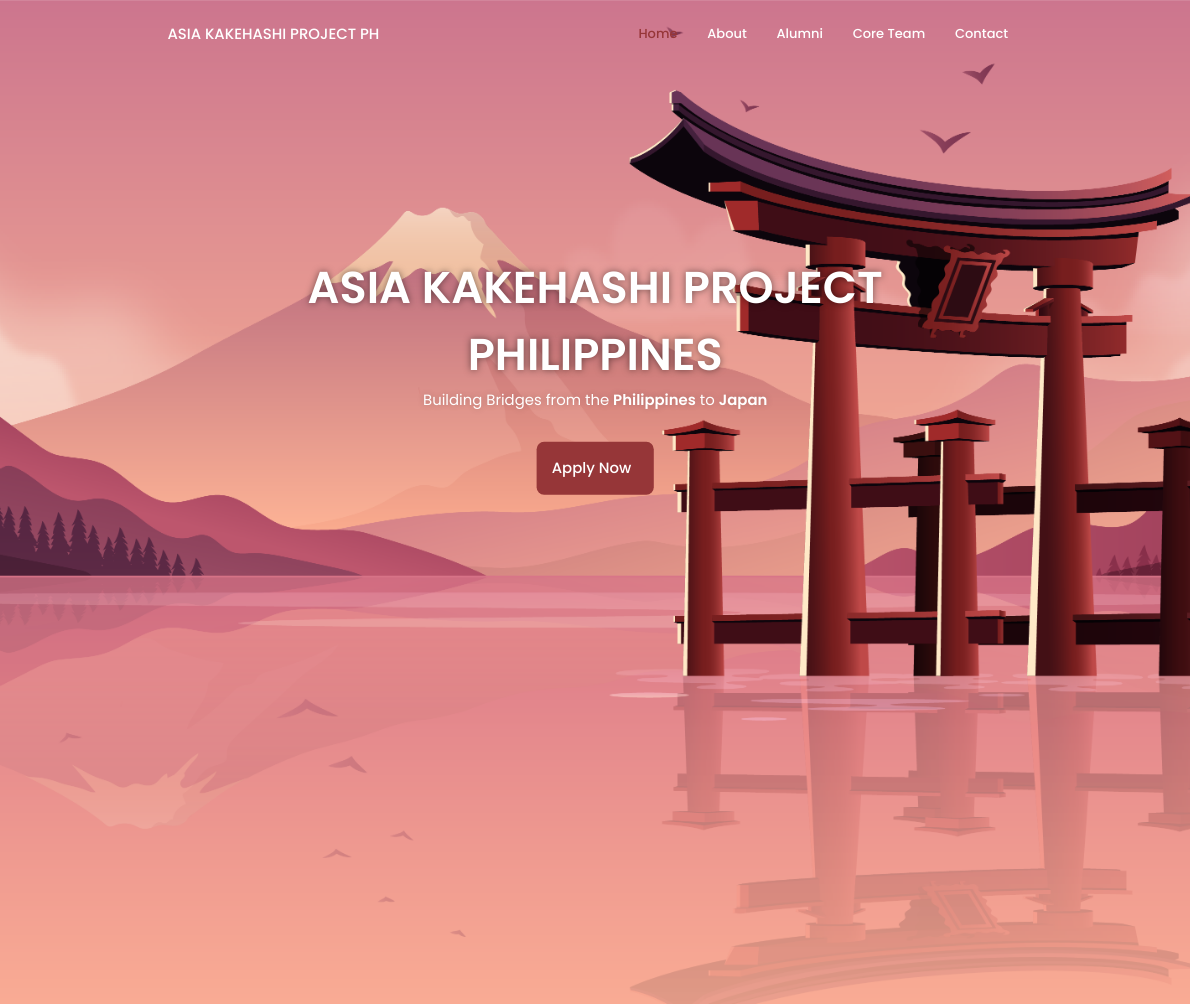
Repository: Aishie123/AKP-PH
Page: index.html
These files come from the project's save history. The page is drawn as it stood at one moment and after the next save; the edit follows.
The browser window is 1280 px wide. The pictures show the whole page, at 93% of full size.
Some icons come from a web library that is not loaded, so they are not drawn.

Above is the page before, as saved 2024-02-23 14:33:47.
Console error: TypeError: Cannot read properties of null (reading 'classList')

### index.html
<!DOCTYPE html>
    <html lang="en">
    <head>
        <meta charset="UTF-8">
        <meta name="viewport" content="width=device-width, initial-scale=1.0">

        <!--==================== UNICONS ====================-->
        <link rel="stylesheet" href="https://unicons.iconscout.com/release/v4.0.8/css/line.css">


        <!--==================== CSS ====================-->
        <link rel="stylesheet" href="assets/css/styles.css">

        <title>Asia Kakehashi Project Philippines</title>
    </head>
    <body>
        <!--==================== HEADER ====================-->
        <header class="header" id="header">
            <nav class="nav container">
                <a href="#" class="nav__logo">ASIA KAKEHASHI PROJECT PH</a>

                <div class="nav__menu nav__color" id="nav-menu">
                    <ul class="nav__list grid">
                        <li class="nav__item">
                            <a href="#home" class="nav__link active-link">
                                <i class="uil uil-estate nav__icon"></i>Home
                            </a>
                        </li>
                        <li class="nav__item">
                            <a href="" class="nav__link">
                                <i class="uil uil-user nav__icon"></i>About
                            </a>
                        </li>
                        <li class="nav__item">
                            <a href="" class="nav__link">
                                <i class="uil uil-file-alt nav__icon"></i>Alumni
                            </a>
                        </li>
                        <li class="nav__item">
                            <a href="" class="nav__link">
                                <i class="uil uil-briefcase-alt nav__icon"></i>Core Team
                            </a>
                        </li>
                        <li class="nav__item">
                            <a href="#apply" class="nav__link">
                                <i class="uil uil-message nav__icon"></i>Contact
                            </a>
                        </li>
                    </ul>
                    <i class="uil uil-times nav__close" id="nav-close"></i>
                </div>

                <div class="nav__btns">
                    <!-- Theme change button -->
                    <i class="uil uil-moon change-theme" id="theme-button"></i>

                    <div class="nav__toggle" id="nav-toggle">
                        <i class="uil uil-apps"></i>
                    </div>
                </div>

            </nav>
        </header>

        <!--==================== MAIN ====================-->
        <main class="main">
            <!--==================== HOME ====================-->
            <section class="home section" id="home">
                <div class="home__container container grid">
                    <div class="home__content grid">
                        <div class="home__data">
                            <h1 class="home__title">ASIA KAKEHASHI PROJECT<br>PHILIPPINES</h1>
                            <p class="home__description">Building Bridges from the <b>Philippines</b> to <b>Japan</b></p>
                            <a href="#apply" class="button button--flex">
                                Apply Now <i class="uil uil-message button__icon"></i>
                            </a>
                        </div>
                        <div class="home__parallax">
                            <img src="assets/img/bg/600ppi/Front_Mountains.png" id="front-mountains">
                        </div>
                    </div>

                    <div class="home__scroll">
                        <a href="#about" class="home__scroll-button button--flex">
                            <i class="uil uil-mouse-alt home__scroll-mouse"></i>
                            <span class="home__scroll-name">Scroll down</span>
                            <i class="uil uil-arrow-down home__scroll-arrow"></i>
                        </a>
                    </div>
                </div>
            </section>

            <section class="about section" id="home">
                <div class="about__container container grid">
                    <div class="about__content grid">

                    </div>
                </div>
            </section>





        <!--==================== SCROLL TOP ====================-->
        <a href="" class="scrollup" id="scroll-up">
            <i class="uil uil-arrow-up scrollup__icon"></i>
        </a>

        <!--==================== MAIN JS ====================-->
        <script src="assets/js/main.js"></script>
    </body>
</html>

### assets/css/styles.css
/*==================== GOOGLE FONTS ====================*/
@import url('https://fonts.googleapis.com/css2?family=Poppins:wght@400;500;600&display=swap');

/*==================== VARIABLES CSS ====================*/
:root {
    --header-height: 3rem;

    /*========== Colors ==========*/
    /* Change favorite color */
    --hue-color: 359;

    /* HSL color mode */
    --first-color: hsl(var(--hue-color), 47%, 40%);
    --first-color-second: hsl(var(--hue-color), 47%, 40%);
    --first-color-alt: hsl(var(--hue-color), 35%, 32%);
    --first-color-lighter: hsl(var(--hue-color), 70%, 64%);
    --title-color: var(--container-color);
    --text-color: #fff;
    --text-color-light: hsl(var(--hue-color), 8%, 65%);
    --input-color: hsl(var(--hue-color), 70%, 96%);
    --body-color: hsl(var(--hue-color), 60%, 99%);
    --container-color: #fff;
    --scroll-bar-color: hsl(var(--hue-color), 12%, 90%);
    --scroll-thumb-color: hsl(var(--hue-color), 12%, 80%);

    /*========== Font and typography ==========*/
    --body-font: 'Poppins', sans-serif;

    /* .5rem = 8px, 1rem = 16px, 1.5rem = 24px ... */
    --big-font-size: 2rem;
    --h1-font-size: 1.5rem;
    --h2-font-size: 1.25rem;
    --h3-font-size: 1.125rem;
    --normal-font-size: .938rem;
    --small-font-size: .813rem;
    --smaller-font-size: .75rem;

    /*========== Font weight ==========*/
    --font-medium: 500;
    --font-semi-bold: 600;

    /*========== Margins Bottom ==========*/
    /* .25rem = 4px, .5rem = 8px, .75rem = 12px ... */
    --mb-0-25: .25rem;
    --mb-0-5: .5rem;
    --mb-0-75: .75rem;
    --mb-1: 1rem;
    --mb-1-5: 1.5rem;
    --mb-2: 2rem;
    --mb-2-5: 2.5rem;
    --mb-3: 3rem;

    /*========== z index ==========*/
    --z-tooltip: 10;
    --z-fixed: 100;
    --z-modal: 1000;
}

/* Font size for large devices */
@media screen and (min-width: 968px) {
    :root {
        --big-font-size: 3rem;
        --h1-font-size: 2.25rem;
        --h2-font-size: 1.5rem;
        --h3-font-size: 1.25rem;
        --normal-font-size: 1rem;
        --small-font-size: .875rem;
        --smaller-font-size: .813rem;
    }
}

/*========== Variables Dark theme ==========*/
body.dark-theme{
  --first-color-second: hsl(var(--hue-color), 30%, 8%);
  --title-color: var(--container-color);
  --text-color: hsl(var(--hue-color), 8%, 75%);
  --input-color: hsl(var(--hue-color), 29%, 16%);
  --body-color: hsl(var(--hue-color), 28%, 12%);
  --container-color: hsl(var(--hue-color), 29%, 16%);
  --scroll-bar-color: hsl(var(--hue-color), 12%, 48%);
  --scroll-thumb-color: hsl(var(--hue-color), 12%, 36%);
}

/*========== Button Dark/Light ==========*/
.nav__btns{
  display: flex;
  align-items: center;
}

.change-theme{
  font-size: 1.25rem;
  color: var(--title-color);
  margin-right: var(--mb-1);
  cursor: pointer;
}

.change-theme:hover{
  color: var(--first-color);
}

/*==================== BASE ====================*/
* {
  box-sizing: border-box;
  padding: 0;
  margin: 0;
}

html {
  scroll-behavior: smooth;
}

body {
  margin: 0 0 var(--header-height) 0;
  font-family: var(--body-font);
  font-size: var(--normal-font-size);
  background-color: var(--body-color);
  color: var(--text-color);
  padding-top: var(--header-height); /* Add this line */
}

h1, h2, h3, h4 {
  color: var(--title-color);
  font-weight: var(--font-semi-bold);
}

ul {
  list-style: none;
}

a {
  text-decoration: none;
}

img {
  /*max-width: 100%;*/
  height: auto;
}

/*==================== REUSABLE CSS CLASSES ====================*/
/*
.section {
  padding: 2rem 0 4rem;
}
*/

.section__title {
  font-size: var(--h1-font-size);
  color: var(--title-color);
}

.section__subtitle {
  display: block;
  font-size: var(--small-font-size);
  margin-bottom: var(--mb-3);
}

.section__title,
.section__subtitle {
  text-align: center;
}

/*==================== LAYOUT ====================*/
.container {
  padding-left: var(--mb-1-5);
  padding-right: var(--mb-1-5);
}

.grid {
  display: grid;
  gap: 1.5rem;
}

.header {
  width: 100%;
  position: fixed;
  bottom: 0;
  left: 0;
  z-index: var(--z-fixed);
  display: sticky;
}

/*==================== NAV ====================*/
.nav{
  max-width: 968px;
  height: var(--header-height);
  display: flex;
  justify-content: space-between;
  align-items: center;
}

.nav__logo,
.nav__toggle{
  color: var(--title-color);
  font-weight: var(--font-medium);
}

.nav__logo:hover{
  color: var(--first-color);
}

.nav__toggle{
  font-size: 1.1rem;
  cursor: pointer;
}

.nav__toggle:hover{
  color: var(--first-color);
}

@media screen and (max-width: 767px){
  .nav__menu{
    position: fixed;
    bottom: -100%;
    left: 0;
    width: 100%;
    background-color: var(--body-color);
    padding: 2rem 1.5rem 4rem;
    box-shadow: 0 -1px 4px rgba(0, 0, 0, 0.15);
    border-radius: 1.5rem 1.5rem 0 0;
    transition: .3s;
  }
  .home__container{
    margin-top: 0rem;
  }
}

.nav__list{
  grid-template-columns: repeat(3, 1fr);
  gap: 2rem;
}

.nav__link{
  display: flex;
  flex-direction: column;
  align-items: center;
  font-size: var(--small-font-size);
  color: var(--container-color);
  font-weight: var(--font-medium);
}

.nav__link:hover{
  color: var(--first-color);
}

.nav__icon{
  font-size: 1.2rem;
}

.nav__close{
  position: absolute;
  right: 1.3rem;
  bottom: .5rem;
  font-size: 1.5rem;
  cursor: pointer;
  color: var(--first-color);
}

.nav__close:hover{
  color: var(--first-color-alt);
}



/* show menu */
.show-menu{
  bottom: 0;
}

/* Active link */
.active-link{
  color: var(--first-color);
}

/* Change background header */
.scroll-header{
  box-shadow: 0 -1px 4px rgba(0, 0, 0, 0.15);
}

/*==================== HOME ====================*/
.home__container{
  gap: 1rem;
  background: url(../img/bg/600ppi/Back_Sky.png) center/cover no-repeat;
  height: 100vh;
  margin-top: -3rem;
  background-size: cover; /* This will make the background image cover the entire container */
  overflow: hidden; /* Hide any content that overflows the container */
}

.home__content {
  position: relative;
  padding-top: 3.5rem;
  align-items: center;
}

.home__parallax {
  position: absolute;
  top: 0;
  left: 0;
  width: 100%; /* Relative width */
  height: auto; /* Maintain aspect ratio */
  max-width: 100%; /* Ensure the image doesn't exceed its natural size */
  z-index: 0;
}

#front-mountains {
  position: relative; /* Change to relative positioning */
  width: 130rem;
  transform: translate(-30%, -30%); /* Adjust to center the element */
}

.home__social{
  display: grid;
  grid-template-columns: max-content;
  row-gap: 1rem;
}

.home__social-icon{
  font-size: 1.25rem;
  color: var(--first-color);
}

.home__social-icon:hover{
  color: var(--first-color-alt);
}

.home__data {
  display: flex;
  flex-direction: column;
  align-items: center;
  justify-content: center;
  z-index: var(--z-tooltip);
}

.home__title{
  font-size: var(--big-font-size);
  text-align: center;
  text-shadow: 0px 0px 8px rgba(0, 0, 0, 0.5); /* Adjust the shadow properties as needed */
}

.home__subtitle{
  font-size: var(--h3-font-size);
  color: var(--text-color);
  font-weight: var(--font-medium);
  margin-bottom: var(--mb-0-75);
}

.home__description{
  text-align: center;
  margin-bottom: var(--mb-2);
  text-shadow: 0px 0px 8px rgba(0, 0, 0, 0.2); /* Adjust the shadow properties as needed */
}

.home__scroll{
  display: none;
}

.home__scroll-button{
  color: var(--first-color);
  transition: .3s;
}

.home__scroll-button:hover{
  transform: translateY(.25rem);
}

.home__scroll-mouse{
  font-size: 2rem;
}

.home__scroll-name{
  font-size: var(--small-font-size);
  color: var(--title-color);
  font-weight: var(--font-medium);
  margin-right: var(--mb-0-25);
}

.home__scroll-arrow{
  font-size: 1.25rem;
}

  /*==================== BUTTONS ====================*/
  .button{
    display: inline-block;
    background-color: var(--first-color);
    color: #FFF;
    padding: 1rem;
    border-radius: .5rem;
    font-weight: var(--font-medium);
  }

  .button:hover{
    background-color: var(--first-color-alt);
  }

  .button__icon{
    font-size: 1.25rem;
    margin-left: var(--mb-0-5);
    transition: .3s;
  }

  .button--flex{
    display: inline-flex;
    align-items: center;
  }




/*==================== FOOTER ====================*/
.footer{
    text-align: center;
    padding-top: 2rem;
  }

  .footer__container{
    row-gap: 1rem;
  }

  .footer__bg{
    background-color: var(--first-color-second);
    padding: 2rem 0 3rem;
  }

  .footer__title{
    font-size: var(--h1-font-size);
    margin-bottom: var(--mb-0-25);
  }

  .footer__subtitle{
    font-size: var(--small-font-size);
  }

  .footer__socials{
    font-size: 1.25rem;
    /* margin-right: var(--mb-1-5); */
    display: inline-block;
  }

  .footer__social:hover{
    color: var(--first-color-lighter);
  }

  .footer__copy{
    font-size: var(--smaller-font-size);
    text-align: center;
    margin-top: var(--mb-1);
  }

  .footer__title,
  .footer__subtitle,
  .footer__social,
  .footer__copy{
    color: #FFF
  }

/*========== SCROLL UP ==========*/
.scrollup{
  position: fixed;
  right: 1rem;
  bottom: -20%;
  background-color: var(--first-color);
  opacity: .8;
  padding: 0 .3rem;
  border-radius: .4rem;
  z-index: var(--z-tooltip);
  transition: .4s;
}

.scrollup:hover{
  background-color: var(--first-color-alt);
}

.scrollup__icon{
  font-size: 1.5rem;
  color: #FFF;
}

/* Show scroll */
.show-scroll{
  bottom: 5rem;
}

/*========== SCROLL BAR ==========*/
::-webkit-scrollbar{
  width: .60rem;
  background-color: var(--scroll-bar-color);
  border-radius: .5rem;
}

::-webkit-scrollbar-thumb{
  background-color: var(--scroll-thumb-color);
  border-radius: .5rem;
}

::-webkit-scrollbar-thumb:hover{
  background-color: var(--text-color-light);
}

/*==================== MEDIA QUERIES ====================*/
/* For small devices */
@media screen and (max-width: 350px){
  .container{
    padding-left: var(--mb-1);
    padding-right: var(--mb-1);
  }

  .nav__menu{
    padding: 2rem .25rem 4rem;
  }

  .nav__list{
    column-gap: 0;
  }

  .home__container{
    row-gap: 5rem;
    height: 100vh;
  }

  #front-mountains{
    width: 130rem;
  }
}

/* For medium devices */
@media screen and (min-width: 568px){

  .home__data{
    grid-column: initial;
  }
  .home__img{
    order: 1;
    justify-self: center;
  }

  .home__container{
    row-gap: 5rem;
    height: 100vh;
  }

  #front-mountains{
    width: 130rem;
  }
}

@media screen and (min-width: 768px){
  .container{
    margin-left: auto;
    margin-right: auto;
  }

  body{
    margin: 0;
  }

  .section__subtitle{
    margin-bottom: 4rem;
  }

  .header{
    top: 0;
    bottom: initial;
  }

  .nav{
    height: calc(var(--header-height) + 1.5rem);
    column-gap: 1rem;
  }

  .nav__icon,
  .nav__close,
  .nav__toggle{
    display: none;
  }

  .nav__list{
    display: flex;
    column-gap: 2rem;
  }
  .nav__menu{
    margin-left: auto;
  }
  .change-theme{
    margin: 0;
  }

  .home__content {
    position: relative;
    padding-top: 8rem;
    align-items: center;
  }

  .home__container{
    row-gap: 5rem;
    height: 150vh;
  }

  .home__scroll{
    display: block;
  }
  .home__scroll-button{
    margin-left: 3rem;
  }

  #front-mountains{
    width: 130rem;
  }
}

/* For large devices */
@media screen and (min-width: 1024px){
  .header,
  .main,
  .footer__container{
    padding: 0;
  }

  .home__social{
    transform: translateX(-6rem);
  }

  #front-mountains{
    width: 140rem;
  }

}

/* For larger devices like iMac*/
@media screen and (min-width: 1500px){
  #front-mountains{
    width: 150rem;
  }

}

### assets/js/main.js
/*==================== NAV BAR ON SCROLL ====================*/
function changeBg(){
  var navbar = document.getElementById('nav__menu');
  var scrollValue = window.scrollY;

  if(scrollValue < 150) {
    navbar.classList.remove('nav__color');
  } else {
    navbar.classList.remove('nav__color');
  }
}

window.addEventListener('scroll', changeBg);

/*==================== DARK LIGHT THEME ====================*/

const themeButton = document.getElementById('theme-button')
const darkTheme = 'dark-theme'
const iconTheme = 'uil-sun'

// Previously selected topic (if user selected)
const selectedTheme = localStorage.getItem('selected-theme')
const selectedIcon = localStorage.getItem('selected-icon')

// We obtain the current theme that the interface has by validating the dark-theme class
const getCurrentTheme = () => document.body.classList.contains(darkTheme) ? 'dark' : 'light'
const getCurrentIcon = () => themeButton.classList.contains(iconTheme) ? 'uil-moon' : 'uil-sun'

// We validate if the user previously chose a topic
if (selectedTheme) {
  // If the validation is fulfilled, we ask what the issue was to know if we activated or deactivated the dark
  document.body.classList[selectedTheme === 'dark' ? 'add' : 'remove'](darkTheme)
  themeButton.classList[selectedIcon === 'uil-moon' ? 'add' : 'remove'](iconTheme)
}

// Activate / deactivate the theme manually with the button
themeButton.addEventListener('click', () => {
    // Add or remove the dark / icon theme
    document.body.classList.toggle(darkTheme)
    themeButton.classList.toggle(iconTheme)
    // We save the theme and the current icon that the user chose
    localStorage.setItem('selected-theme', getCurrentTheme())
    localStorage.setItem('selected-icon', getCurrentIcon())
})

After the next save:
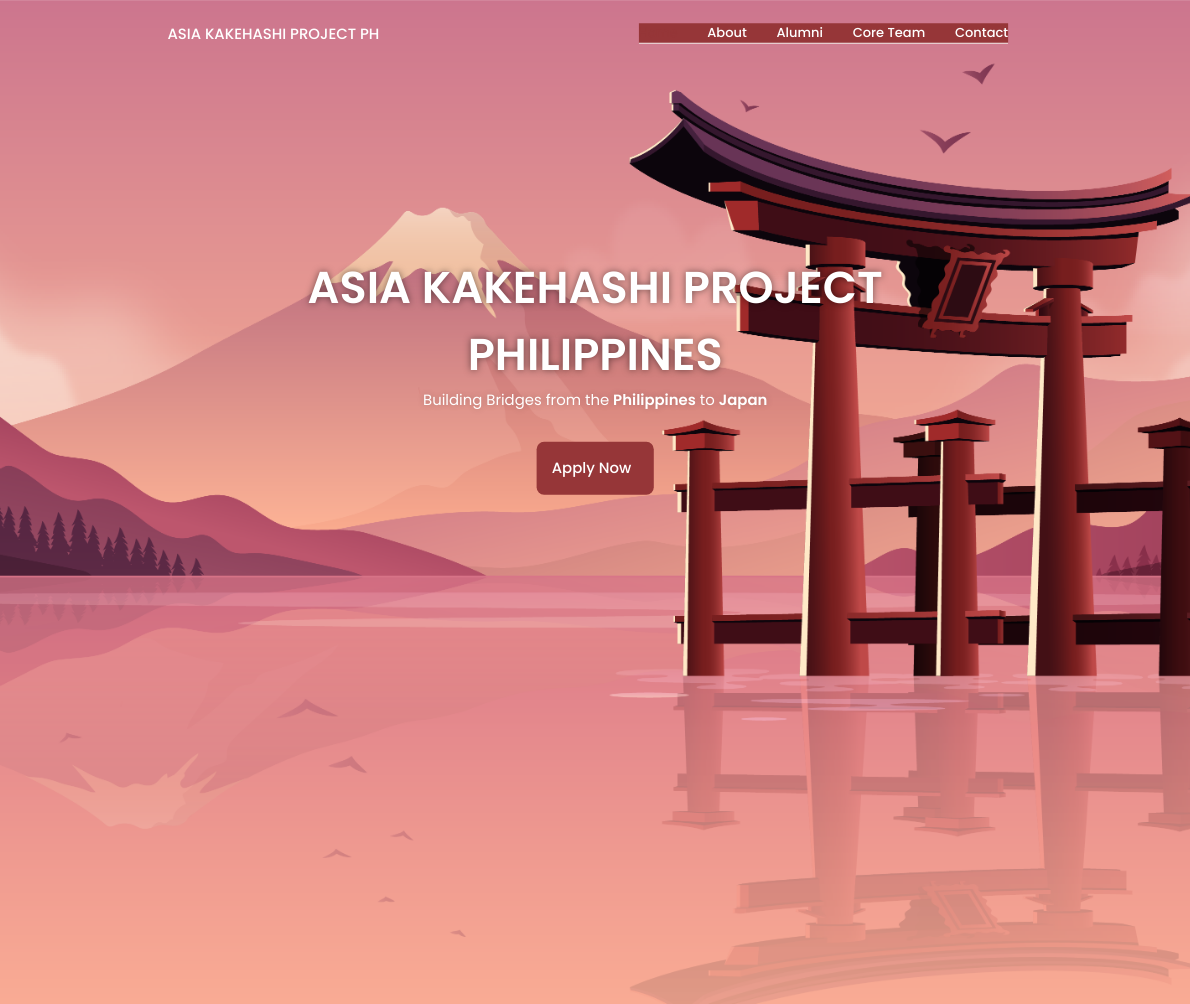
Saved 3 min 41 s later.
--- a/assets/css/styles.css
+++ b/assets/css/styles.css
@@ -259,6 +259,11 @@
   color: var(--first-color-alt);
 }
 
+.nav__color {
+  transition: all 1s;
+  background-color: var(--first-color);
+  border-bottom: 1px solid;
+}
 
 
 /* show menu */
